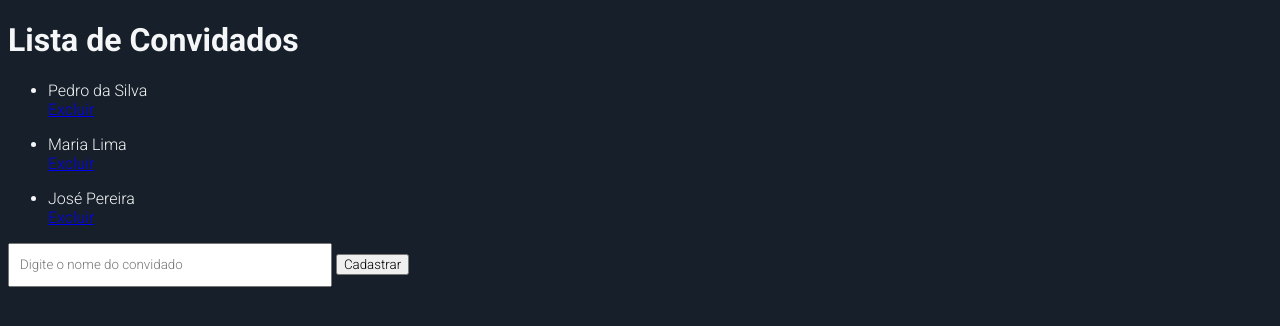
Repository: andrevff/lista-de-convidados
Page: index.html
The author's editor kept a copy of each file at every save. The page is drawn from the files as they stood at one save, then again after a run of saves.
The browser window is 1280 px wide. The pictures show the whole page.

Above is the page before, as saved 2022-11-29 17:28:05.

After the next 2 saves:
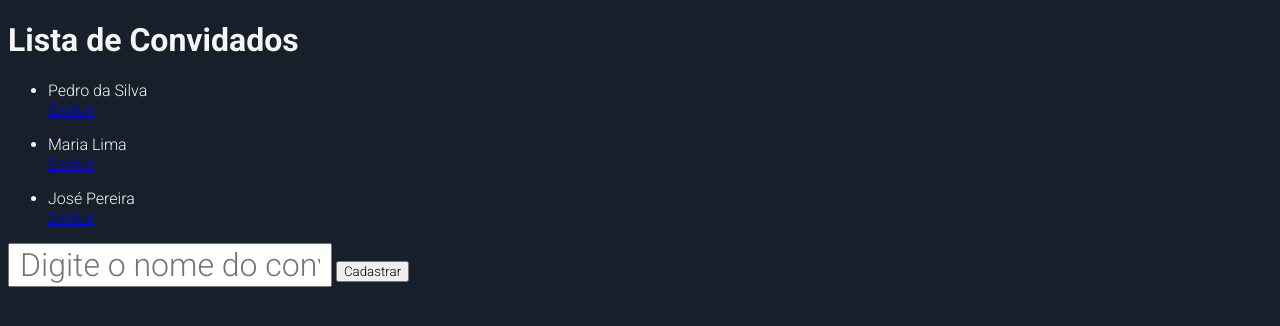
The 2 saves are shown as one change because they came seconds apart.
The last was saved 5 s later.
--- a/assets/css/styles.css
+++ b/assets/css/styles.css
@@ -17,5 +17,5 @@
     width: 300px;
     height: 20px;
     padding: 10px;
-    font-s
+    font-size: 2em;
 }
